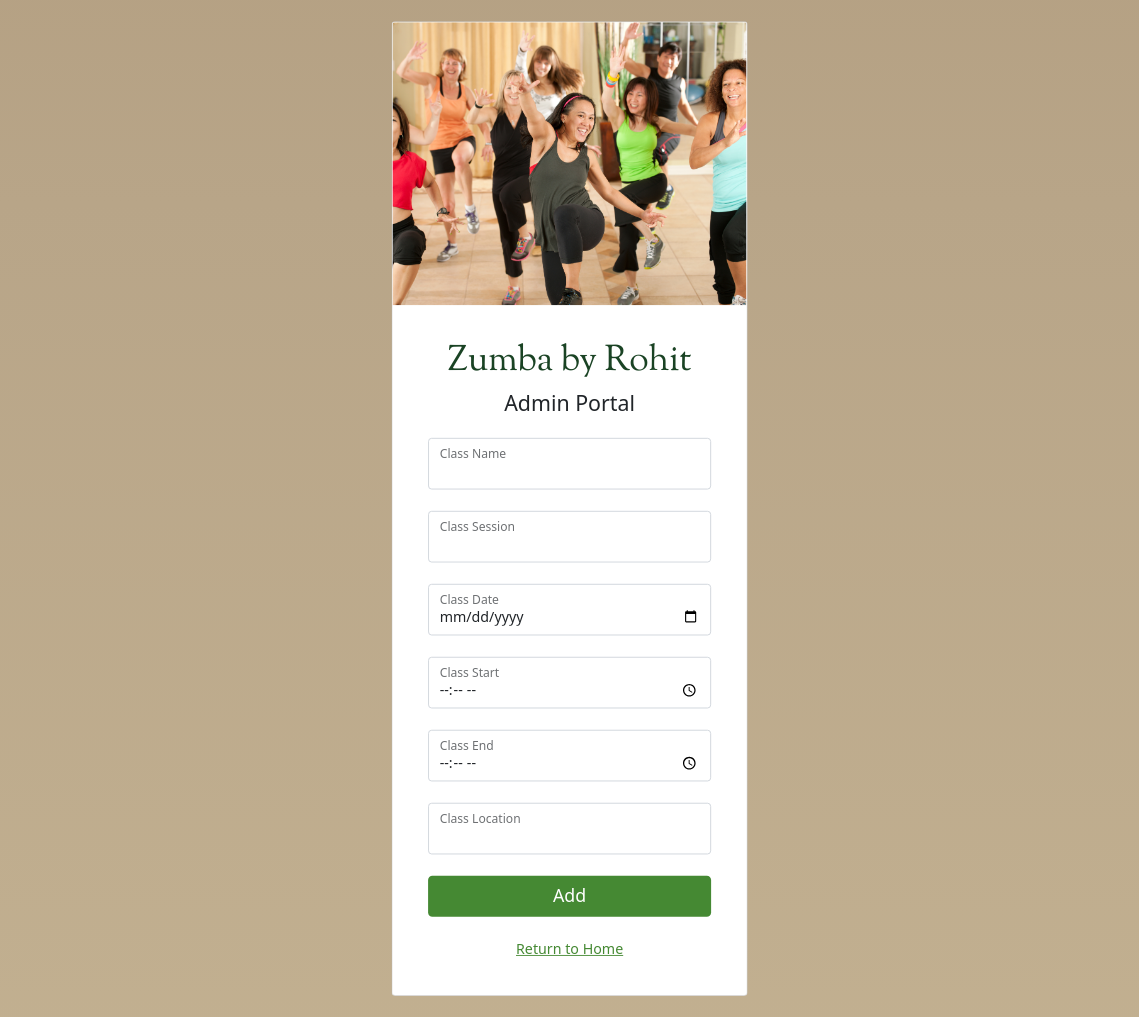
Repository: ronetteguevara/CalTech-ZumbaApp
Page: ZumbaApp/ZumbaApp/src/main/webapp/add-class.html
The author's editor kept a copy of each file at every save. The page is drawn from the files as they stood at one save, then again after the next save.
The browser window is 1280 px wide. The pictures show the whole page, at 89% of full size.

Above is the page before, as saved 2024-05-01 01:02:09.

After the next save:
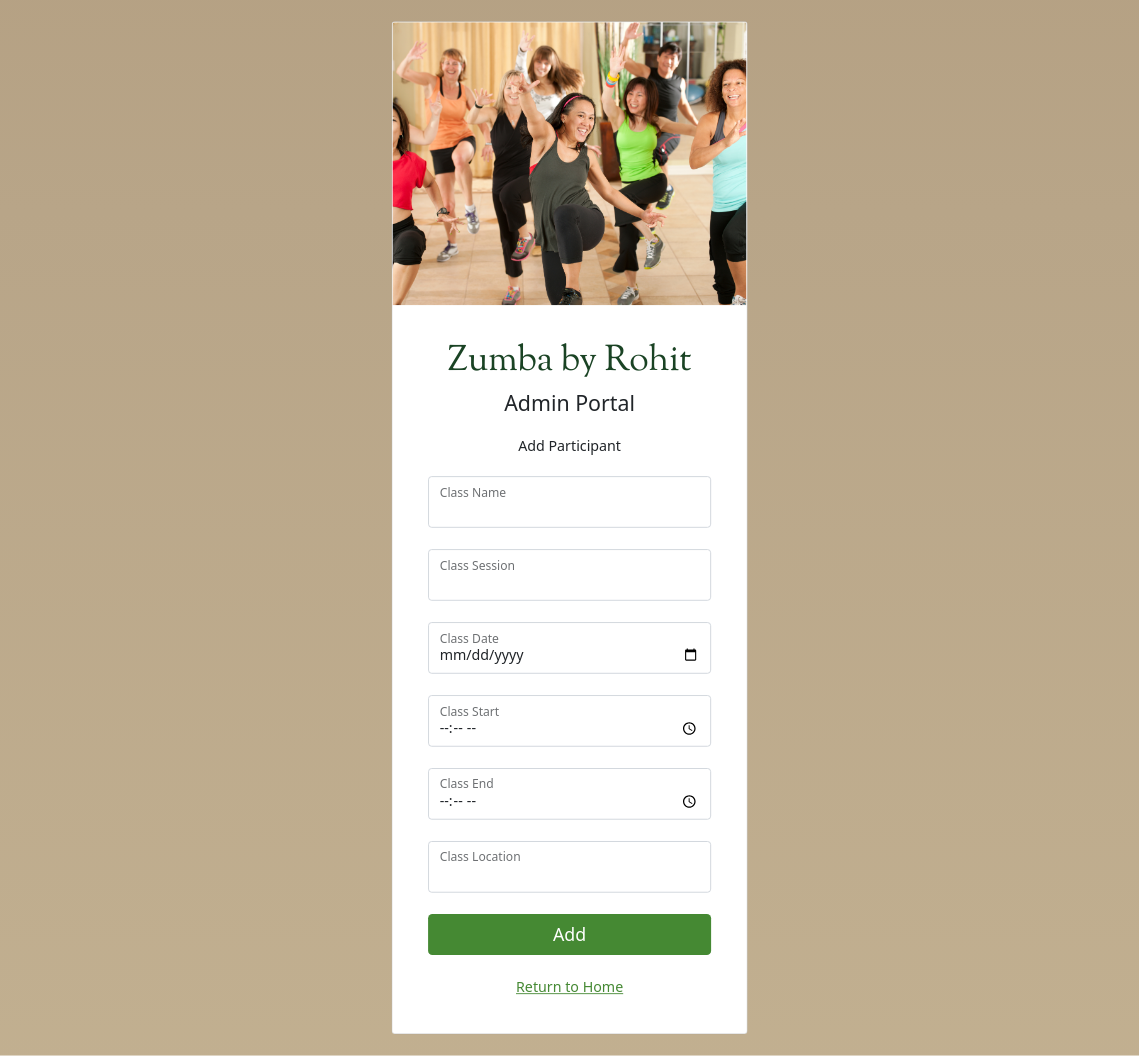
Saved 47 s later.
--- a/ZumbaApp/ZumbaApp/src/main/webapp/add-class.html
+++ b/ZumbaApp/ZumbaApp/src/main/webapp/add-class.html
@@ -16,6 +16,7 @@
 		<div class="card-body text-center">
 			<h1 class="mt-4 mb-2 fw-normal text-center">Zumba by Rohit</h1>
 			<h4 class="mb-4 fw-normal text-center">Admin Portal</h4>
+			<h6 class="mb-4 fw-normal text-center">Add Participant</h6>
 			<div class="form-floating mx-4 my-4">
 				<input type="text" name="txtClassName" class="form-control">
 				<label for="floatingInput">Class Name</label>
